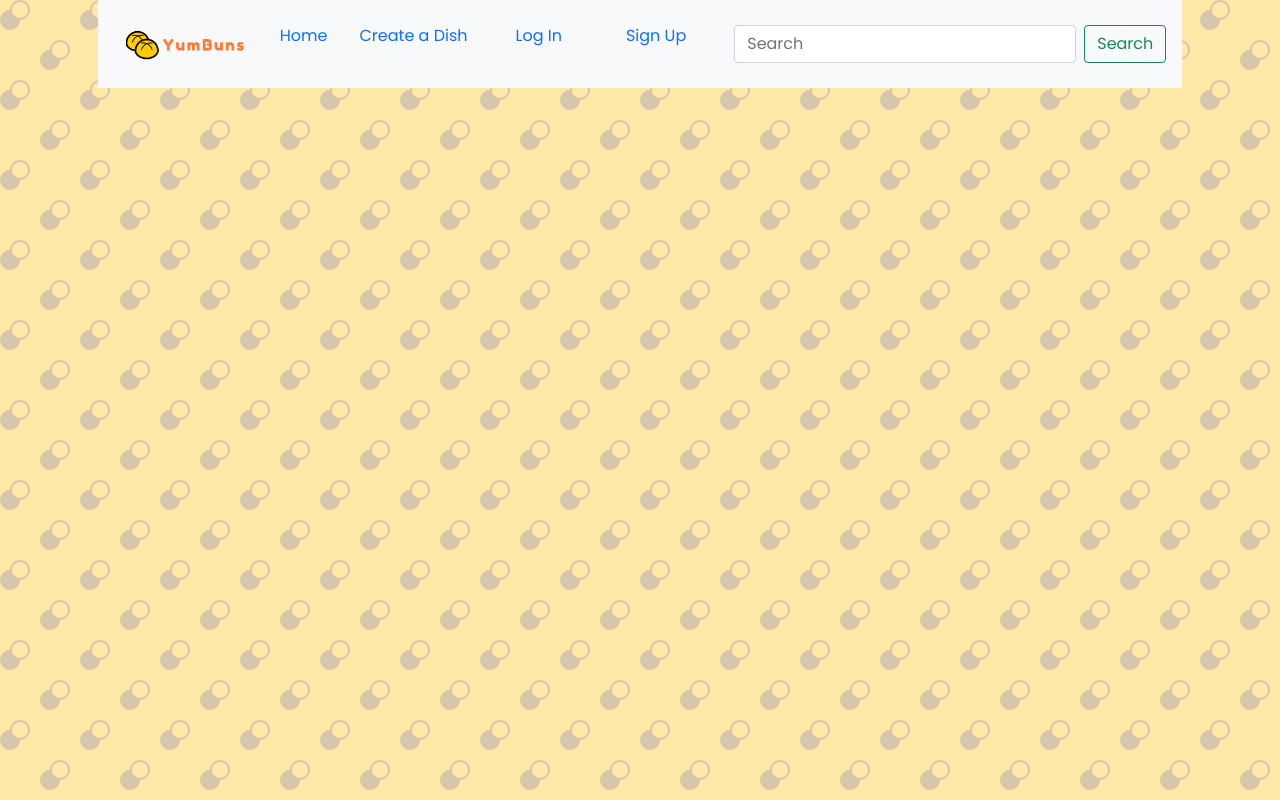
Repository: mottad14/yumBuns
Page: /create (app in client/)
An editor plug-in stored every save of this project. The page is shown before and after the next save, followed by the edit.
The browser window is 1280 px wide. The pictures show the whole page.
The page's requests for data from a server got no answer. Some web fonts or font styles are not loaded; a fallback is used. The project was rebuilt for these pictures with package versions that can differ from the ones it lists, and the page was loaded fresh each time. No one was signed in, and anything a server would have sent is missing. Also part of the build but not shown: client/src/components/RecipePreview.js, client/src/views/Login.js, client/src/views/NewAccount.js, client/src/views/Recipe.js, client/src/components/Account.jsx.

Above is the page before, as saved 2022-08-01 09:45:17.

### client/public/index.html
<!DOCTYPE html>
<html lang="en">
  <head>
    <meta charset="utf-8" />
    <link rel="icon" href="%PUBLIC_URL%/favicon.ico" />
    <meta name="viewport" content="width=device-width, initial-scale=1" />
    <meta name="theme-color" content="#000000" />
    <meta
      name="description"
      content="Web site created using create-react-app"
    />
    <!--
      Notice the use of %PUBLIC_URL% in the tags above.
      It will be replaced with the URL of the `public` folder during the build.
      Only files inside the `public` folder can be referenced from the HTML.

      Unlike "/favicon.ico" or "favicon.ico", "%PUBLIC_URL%/favicon.ico" will
      work correctly both with client-side routing and a non-root public URL.
      Learn how to configure a non-root public URL by running `npm run build`.
    -->
    <title>Yumbuns</title>
  </head>
  <body>
    <noscript>You need to enable JavaScript to run this app.</noscript>
    <div id="root"></div>
    <!--
      This HTML file is a template.
      If you open it directly in the browser, you will see an empty page.

      You can add webfonts, meta tags, or analytics to this file.
      The build step will place the bundled scripts into the <body> tag.

      To begin the development, run `npm start` or `yarn start`.
      To create a production bundle, use `npm run build` or `yarn build`.
    -->
  </body>
</html>

### client/src/index.js
import React from 'react';
import ReactDOM from 'react-dom';
import './index.css';
import App from './App';
import reportWebVitals from './reportWebVitals';
import {BrowserRouter} from "react-router-dom";

ReactDOM.render(
    <React.StrictMode>
      <BrowserRouter>
            <App />
      </BrowserRouter>
    </React.StrictMode>,
    document.getElementById('root')
);



// If you want to start measuring performance in your app, pass a function
// to log results (for example: reportWebVitals(console.log))
// or send to an analytics endpoint. Learn more: https://bit.ly/CRA-vitals
reportWebVitals();

### client/src/App.js
import React from 'react';
import 'bootstrap/dist/css/bootstrap.min.css';
import {Switch, Route} from "react-router-dom";
import './App.css';
import NavBar from './components/NavBar';
import Main from './views/Main';
import Login from './views/Login'
import NewAccount from "./views/NewAccount"
import Create from './views/Create';
import Recipe from './views/Recipe';
import SubscribePop from './components/SubscribePop';
import {useState, useEffect} from 'react'
import { AuthContextProvider } from "./contexts/AuthContext";
import eating from "./imgs/subscribe.svg"
import ProtectedRoute from './components/ProtectedRoute';
import Account from './components/Account';



function App() {
  const [timedPopup, setTimedPopup] = useState (false);

  useEffect(() => {
    setTimeout(() => {
      setTimedPopup(true)
    }, 45000)
  }, [])


  return (

    <div className="App" >

          <div className="">
              <AuthContextProvider>
                <NavBar/>
                  <Switch>
                    <Route exact path="/">
                      <Main/>
                    </Route>

                    <Route exact path="/login">
                      <Login/>
                    </Route>

                    <Route exact path="/signup">
                      <NewAccount/>
                    </Route>

                    <Route path="/view/single/:_id">
                      <Recipe/>
                    </Route>

                    <Route exact path="/create">
                      <ProtectedRoute>   <Create/>  </ProtectedRoute>
                    </Route>

                    <Route exact path="/account">
                      <ProtectedRoute>   <Account/>  </ProtectedRoute>
                    </Route>
                  </Switch>

                  <SubscribePop trigger={timedPopup} setTrigger={setTimedPopup}>
                  </SubscribePop>
              </AuthContextProvider>

       </div>
    </div>
  );
}

export default App;

### client/src/App.css
@import url('https://fonts.googleapis.com/css2?family=BIZ+UDGothic&family=Poppins&display=swap');


.App {
  background-color: #ffe9a9;
  background-image: url("data:[embedded picture, 584 characters]");
  font-family: 'Poppins', sans-serif;
  display: flex;
  justify-content: center;
  text-align: center;
  min-height: 800px;
}

.recipePreview{
  border: 3px solid rgb(177, 177, 177);
  min-height: 300px;
  width: 250px;
  background-color: rgb(254, 194, 10);
  border-left-style: dotted;
  border-right-style: dotted;
  border-radius: 10%;

}

.recipePreview > img{
  width: 95%;
  border-radius: 10%;
}
.recipePreview >div{
  align-items: center;

}

.Logo{
  margin-left: 10px;
  height: 30px;
}

.sticky{
  position: sticky;
  top: 0;
  z-index: 999;
  background-color: rgb(254, 194, 10);
  border: 2px solid black;
  border-radius: 25px;
}

.thumbnailBox > img{
  height: 40px;
}

.thumbnailBox > img:hover{
  height: 125px;
}

### client/src/components/NavBar.js
import React from "react";
import { Link } from "react-router-dom"
import Nav from 'react-bootstrap/Nav';
import YumBuns from "../imgs/YumBunsLogo.png"

const NavBar = (props) => {
    return(
            <nav className="navbar navbar-expand-sm bg-light mb-3">
                <Link className="navbar-brand mx-3" to="/">  <img className="Logo" src={YumBuns} alt="Logo" /> </Link>

                <div className="collapse navbar-collapse" id="navbarSupportedContent">
                <ul className="navbar-nav me-auto mb-2 mb-lg-0">
                    <li className="nav-item">
                    <Nav.Link> <Link className="nav-link btn-outline-warning" aria-current="page" to="/">Home</Link> </Nav.Link>
                    </li>
                    <li className="nav-item">
                    <Nav.Link> <Link className="nav-link btn-outline-warning" to="/create">Create a Dish</Link> </Nav.Link>
                    </li>
                    <li className="nav-item">
                    <Nav.Link> <Link className="nav-link d-flex mx-3 btn-outline-warning" to="/login"> Log In</Link> </Nav.Link>
                    </li>
                    <li className="nav-item">
                    <Nav.Link>  <Link className="nav-link d-flex mx-3 btn-outline-warning" to="/signup">    <p onClick={() => props.setTrigger(true)}> Sign Up </p>    </Link> </Nav.Link>
                    </li>
                </ul>
                <form className="d-flex mx-3" role="search">
                    <input className="form-control me-2" type="search" placeholder="Search" aria-label="Search" />
                    <button className="btn btn-outline-success" type="submit">Search</button>
                </form>
            </div>
            </nav>
    )
}

export default NavBar;

### client/src/views/Main.js
import React, {useState, useEffect} from "react";
import axios from "axios";
import RecipePreview from "../components/RecipePreview";

const Main = (props) => {
    const [recipes, setRecipes]=useState([]);

    useEffect(()=>{
        axios.get("http://localhost:8000/api/recipes/all")
        .then(res=>{
            setRecipes(res.data);
        })
        .catch(err=>console.log(err))
    }, [])

    return(
        <div className="d-flex justify-content-around flex-wrap w-75 mx-auto">
            {
                recipes.map((item,i)=>{
                    return <RecipePreview key={item._id} data={item} />
                })
            }
        </div>
    )
}

export default Main;

### client/src/views/Create.js
import React, {useState} from "react";
import axios from "axios"
import { useHistory } from "react-router-dom";
import { Card } from "react-bootstrap";


const Create = (props) => {
    const [form, setForm] = useState({
        name:"",
        minutes: 0,
        servings: null,
        calories: null,
        category: "",
        imgURL: "",
        steps:[""], //Steps is going to need its own onChange-handler
        ingredients:[ //Ingredients will also need its own onChange-handler
            {amount: "", name:"", measurement:""}
        ]
    })

    const history = useHistory();

    const onChangeHandler = (event) =>{
        setForm({
            ...form,
            [event.target.name]: event.target.value
        })
    }

    const onAddStep = (event)=>{
        event.preventDefault();
        const copyForm = {...form};
        copyForm.steps.push("")
        setForm(copyForm);

    }

    const onAddIngredient = (event) =>{
        event.preventDefault();
        const copyForm = {...form};
        copyForm.ingredients.push({ amount: undefined, name: "", measurement: ""})
        setForm(copyForm);
    }

    const onRemoveIngredient = (event, i)=>{
        event.preventDefault();
        const copyForm = {...form}
        copyForm.ingredients.splice(i,1)
        setForm(copyForm)
    }

    const onRemoveStep = (event, i)=>{
        event.preventDefault();
        const copyForm = {...form}
        copyForm.steps.splice(i,1)
        setForm(copyForm)
    }

    const onChangeStep = (event, i)=>{
        const copyForm = {...form};
        copyForm.steps[i] = event.target.value;
        setForm(copyForm)
    }

    const onChangeIngredient = (event, i) => {
        const copyForm = {...form};
        copyForm.ingredients[i][event.target.name] = event.target.value;
        setForm(copyForm);
    }

    const onSubmitHandler = (event) => {
        event.preventDefault();
        axios.post("http://localhost:8000/api/recipes/create", form)
            .then(res=>{
                history.push("/");
            })
            .catch(err=>{
                console.log(err)
            })
    };

    return (
        <Card  style={{display: "flex", justifyContent: "center", maxWidth: "1000px"}}>

           <form className="d-block w-75 mx-auto" onSubmit={onSubmitHandler}>
               <div className="d-flex justify-content-around sticky d-block w-75 mx-auto p-2">
                    <h1> Build a recipe</h1>
                    <input type="submit" className="btn btn-lg btn-success" value="Post Recipe" />
                </div>

               <div className="form-group d-block w-75 mx-auto my-1">
                   <input type="text" name="name" onChange={onChangeHandler} className="form-control" placeholder="name of dish" />
               </div>

               <div className="row my-1 w-75 mx-auto">
                   <div className="col">
                       <input type="number" name="minutes" onChange={onChangeHandler} className="form-control" placeholder="total minutes" aria-label="minutes"/>
                   </div>
                    <div className="col">
                       <input type="number" name="servings" onChange={onChangeHandler} className="form-control" placeholder="servings" aria-label="servings"/>
                   </div>
                    <div className="col">
                       <input type="number" name="calories" onChange={onChangeHandler} className="form-control" placeholder="calories" aria-label="calories"/>
                   </div>
               </div>

                <div className="row my-1 w-75 mx-auto">
                   <div className="col">
                       <input type="text" name="category" onChange={onChangeHandler} className="form-control" placeholder="category" aria-label="category"/>
                   </div>
                    <div className="col input-group">
                       <input type="text" name="imgURL" onChange={onChangeHandler} className="form-control" placeholder="Enter Image URL" aria-label="imageURL"/>
                       <span className="input-group-text thumbnailBox">{form.imgURL.length > 0 && <img src={form.imgURL} alt="image thumbnail" />}</span>
                   </div>
               </div>

               <h2>ingredients:</h2>
               {
                   form.ingredients.map((ingredient, i)=> {
                   return (
                       <div key={i} className="input-group my-1 mx-auto w-75">
                        <input type="text" value={ingredient.name} onChange={(event)=>onChangeIngredient(event, i)} className="form-control" placeholder="ingredient name" name="name" aria-label="amount" />
                        <input type="number" value={ingredient.amount} onChange={(event)=>onChangeIngredient(event, i)} className="form-control" placeholder="quantity" name="amount" aria-label="amount" />
                        <input type="text" value={ingredient.measurement} onChange={(event)=>onChangeIngredient(event, i)} className="form-control" placeholder="cups, tsp, Tbsp, etc." name="measurement" aria-label="amount"/>
                        <button  className="btn btn-sm btn-danger" onClick={(event)=>onRemoveIngredient(event, i)}>X</button>
                    </div>)
                   })
               }
                <button onClick={onAddIngredient} className="btn btn-dark">Add Ingredient</button>

               <h2>steps:</h2>
               {
                   form.steps.map((step, i)=>{
                       return <div key={i} className="input-group my-1 mx-auto w-75">
                                <span className="input-group-text" key={i}> Step {i+1}</span>
                                <textarea onChange={(event)=>onChangeStep(event, i)} value={step} placeholder="Type instructions here" className="form-control col-12" aria-label="With textarea"></textarea>
                                <button className="btn btn-sm btn-danger" onClick={(event)=>onRemoveStep(event, i)}>X</button>
                       </div>
                   })
               }
               <button onClick={onAddStep} className="btn btn-dark">Add Step</button>
           </form>

        </Card>
    )

}

export default Create;

### client/src/contexts/AuthContext.js
import { createContext, useContext, useEffect, useState } from "react";
import {createUserWithEmailAndPassword,
    signInWithEmailAndPassword,
    signOut,
    onAuthStateChanged}
    from "firebase/auth"
import { auth } from "../firebase";

const UserContext = createContext();

export const AuthContextProvider = ({children}) => {
    const [user, setUser] = useState({})

    const createUser = (email, password) => {
        return (createUserWithEmailAndPassword(auth, email, password))
    }

    const signIn = (email, password) => {
        return signInWithEmailAndPassword(auth, email, password)
    }

    const logout = () =>{
        return signOut(auth);
    }

    useEffect (() => {
        const unsubscribe = onAuthStateChanged(auth, (currentUser) => {
            console.log(currentUser)
            setUser(currentUser)
        })
        return (() => {
            unsubscribe()
        })
    }, [])

    return (
        <UserContext.Provider value={{ createUser, user, signIn, logout }}>
            {children}
        </UserContext.Provider>
    )
}

export const UserAuth = () =>{
    return useContext(UserContext)
}

### client/src/components/ProtectedRoute.js
import React from 'react'
import {useHistory} from 'react-router-dom'
import {UserAuth} from "../contexts/AuthContext"
import Alert from 'react-bootstrap/Alert';

const ProtectedRoute = ({children}) => {
    const {user} = UserAuth()
    const history = useHistory();

    if (!user){
        history.push("/");
        console.log("Please log in to continue.")
        return (
            <>
      {[
        'primary',
        'secondary',
        'success',
        'danger',
        'warning',
        'info',
        'light',
        'dark',
      ].map((variant) => (
        <Alert key={variant} variant={variant}>
          This is a {variant} alert with{' '}
          <Alert.Link href="#">an example link</Alert.Link>. Give it a click if
          you like.
        </Alert>
      ))}
    </>

        )
    }

  return (  children  )
}

export default ProtectedRoute

### client/src/firebase.js
// Import the functions you need from the SDKs you need
import { initializeApp } from "firebase/app";
import { getAuth } from "firebase/auth";
// TODO: Add SDKs for Firebase products that you want to use
// https://firebase.google.com/docs/web/setup#available-libraries

// Your web app's Firebase configuration
console.log(`The current api key is: ${process.env.REACT_APP_FIREBASE_API_KEY}`)
const firebaseConfig = {
  apiKey: process.env.REACT_APP_FIREBASE_API_KEY,
  authDomain: process.env.REACT_APP_FIREBASE_AUTH_DOMAIN,
  projectId: process.env.REACT_APP_FIREBASE_PROJECT_ID,
  storageBucket: process.env.REACT_APP_FIREBASE_STORAGE_BUCKET,
  messagingSenderId: process.env.REACT_APP_FIREBASE_MESSAGING_SENDER_ID,
  appId: process.env.REACT_APP_FIREBASE_APP_ID,
  measurementId: process.env.REACT_APP_FIREBASE_MEASUREMENT_ID
};

// Initialize Firebase
const app = initializeApp(firebaseConfig);
export const auth = getAuth(app);
export default app;

### client/src/components/SubscribePop.js
import React from 'react'
import "./SubscribePop.css"
import { Link, useHistory } from 'react-router-dom'
import subscribe from "../imgs/subscribe.svg"
import Signup from './SignUp';

function SubscribePop(props) {
  return (props.trigger) ? (
    <div className='popUp'>
        <div className='popup-inner'>
            <img src={subscribe} alt="subscribe icon" />
            Treat yourself to more recipes!
            <Signup></Signup>

            <button className='close-btn' onClick={() => props.setTrigger(false)}> close </button>
            { props.children }
            <p className='w-100 text-center mt-2'>
            Already have an account? <Link onClick={() => props.setTrigger(false)} to="/login" className='underline'> Sign in </Link>
            </p>
        </div>
    </div>
  ) : "";
}

export default SubscribePop

### client/src/components/SubscribePop.css
.popUp{
    position: fixed;
    top:0;
    left: 0;
    width: 100%;
    height: 100vh;
    background-color:   rgba(0,0,0,0.2);
    display: flex;
    justify-content: center;
    align-items: space-around;
}

.popup-inner{
    position: relative;
    padding: 100px;
    width: 70%;
    max-width: 680px;
    background-color: white;
    border-radius: 30%;
}

.popup-inner .close-btn{
    position:absolute;
    border-radius: 15%;
    border-color: darkgoldenrod;
    background-color: white;
    top:80px;
    right: 80px;
}

.popup-inner > img{
    height: 75px;
    margin-right: 20px;
}

### client/src/components/SignUp.jsx
import React, { useState } from 'react'
import { Link, useHistory } from 'react-router-dom'
import {Form, Button, Card, Alert} from "react-bootstrap"
import { UserAuth } from '../contexts/AuthContext'
import chef from "../imgs/chef.svg"

const Signup = () => {

  const [email, setEmail] = useState('')
  const [password, setPassword] = useState('')
  const [error, setError] = useState('')

  const history = useHistory();
  const {createUser} = UserAuth();

  const handleSubmit = async(e) => {
    e.preventDefault();
    setError('')
    try{
      await createUser(email, password)
      console.log("New User Created!")
      history.push("/");
    } catch(e) {
      setError(e.message)
      console.log(e.message)
    }
  }

  return (
    <Card className='d-flex justify-content-center' style={{ width: 'auto' }}>
      <Card.Body>
          <h3 className='text-center mb-4'> Create and receive more yummy recipes!</h3>
            {error && <Alert variant="danger"> {error} </Alert>}

      <Form onSubmit={handleSubmit}>
          <Form.Group className='flex flex-col py-2'>
            <Form.Label className='py-2 font-medium' htmlFor=""> Email Address</Form.Label>
            <Form.Control onChange={(e)=> setEmail(e.target.value)} className='border p-3' type="email"/>
          </Form.Group>

          <Form.Group className='flex flex-col py-2'>
            <Form.Label className='py-2 font-medium' htmlFor=""> Password</Form.Label>
            <Form.Control onChange={(e)=> setPassword(e.target.value)} className='border p-3' type="password"/>
          <Button variant="warning" className='border border-blue-500 bg-yellow-600 hover:bg-blue-500 w-full p-4 my-2 text-white'>Sign up</Button>
          </Form.Group>

      </Form>


      </Card.Body>
    </Card>
  )
}

export default Signup

Loaded but not shown: client/src/index.css (common file); client/src/reportWebVitals.js (common file)

After the next save:
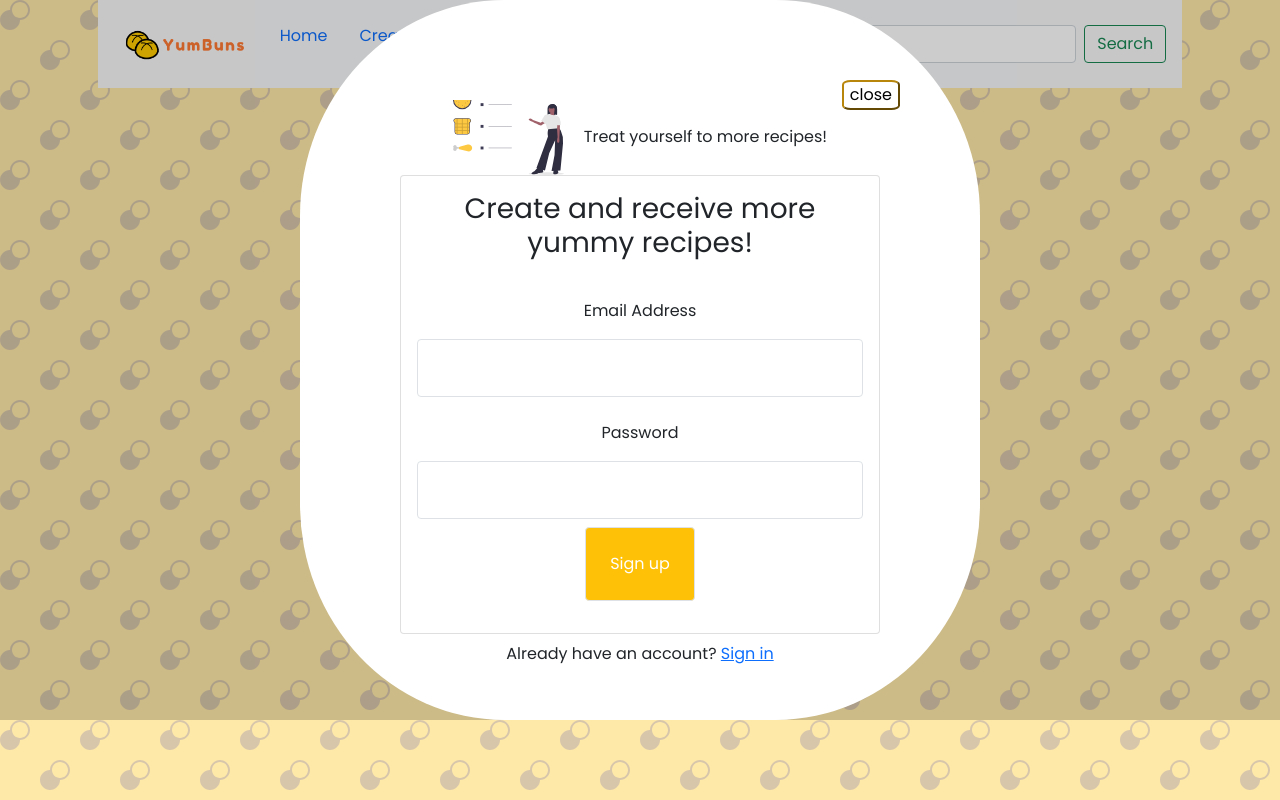
Saved 94 s later.
--- a/client/src/App.js
+++ b/client/src/App.js
@@ -23,7 +23,7 @@ function App() {
   useEffect(() => {
     setTimeout(() => {
       setTimedPopup(true)
-    }, 45000)
+    }, 1000)
   }, [])
 
 
